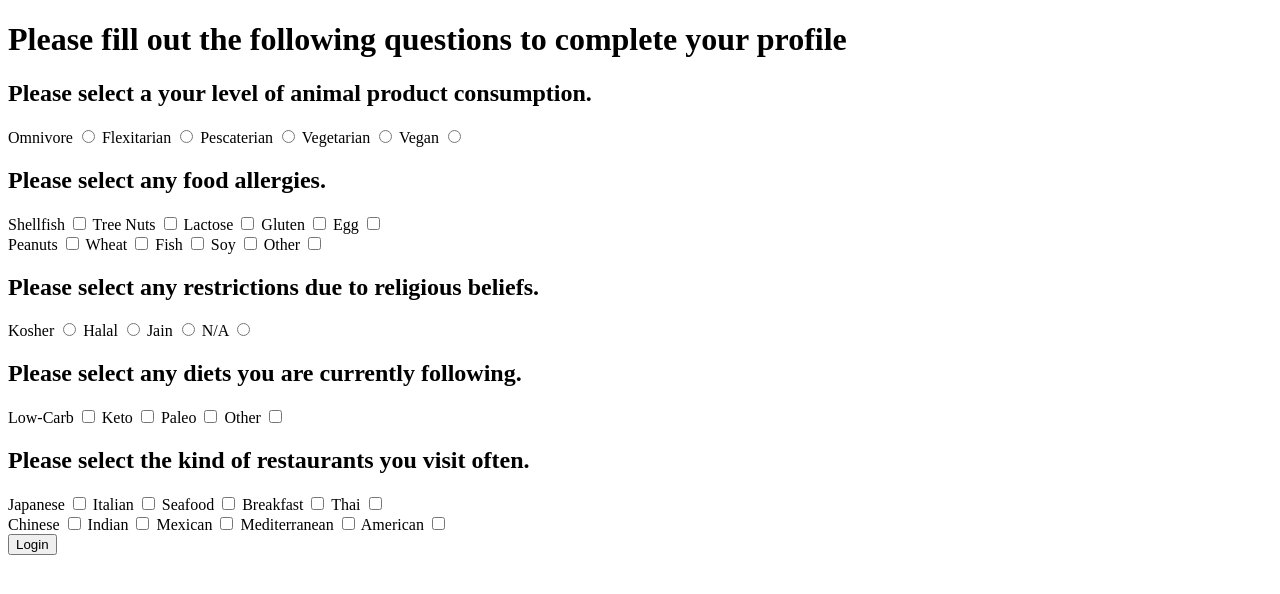
Repository: DataLuminescence/Documents
Page: http://localhost/choix/WEB-INF/userinfo.jsp
The author's editor kept a copy of each file at every save. The page is drawn from the files as they stood at one save, then again after the next save.
The browser window is 1280 px wide. The pictures show the whole page.
The page is served by Tomcat 9. Nobody is signed in. Other server files are loaded and not shown. The template is opened directly, without the code that normally fills it, so the values that code supplies are empty.

Above is the page before, as saved 2022-04-28 05:37:43.

### Java/Java Spring/choix/src/main/webapp/WEB-INF/userinfo.jsp
<%@ page language="java" contentType="text/html; charset=UTF-8" pageEncoding="UTF-8"%>
<%@ taglib prefix="c" uri="http://java.sun.com/jsp/jstl/core"%>
<%@ taglib prefix="fmt" uri="http://www.springframework.org/tags/form"%>
<%@ taglib prefix="form" uri="http://www.springframework.org/tags/form"%>
<%@ page isErrorPage = "true" %>
<!DOCTYPE html>
<html>
<head>
<meta charset="UTF-8">
<title>User Info</title>
</head>
<body>

	<h1>Please fill out the following questions to complete your profile</h1>



	<form:form action="/saveUserInfo" method="post" modelAttribute="infoUser">
   <form:input type="hidden" path="user" value="${loggedInUser.id}"/>
		<h2>Please select a your level of animal product consumption.</h2>
		<div>
			<form:label path="animal">Omnivore</form:label>
			<form:radiobutton path="animal"/>
			<form:label path="animal">Flexitarian</form:label>
			<form:radiobutton path="animal"/>
			<form:label path="animal">Pescaterian</form:label>
			<form:radiobutton path="animal"/>
			<form:label path="animal">Vegetarian</form:label>
			<form:radiobutton path="animal"/>
			<form:label path="animal">Vegan</form:label>
			<form:radiobutton path="animal"/>
		</div>

		<h2>Please select any food allergies.</h2>
		<div>
			<form:label path="allergies">Shellfish</form:label>
			<form:checkbox path="allergies" value="Shellfish"/>

			<form:label path="allergies">Tree Nuts</form:label>
			<form:checkbox path="allergies" value="Tree Nuts"/>

			<form:label path="allergies">Lactose</form:label>
			<form:checkbox path="allergies" value="Lactose"/>

			<form:label path="allergies">Gluten</form:label>
			<form:checkbox path="allergies" value="Gluten"/>

			<form:label path="allergies">Egg</form:label>
			<form:checkbox path="allergies" value="Egg"/>
		</div>
		<div>
			<form:label path="allergies">Peanuts</form:label>
			<form:checkbox path="allergies" value="Peanuts"/>

			<form:label path="allergies">Wheat</form:label>
			<form:checkbox path="allergies" value="Wheat"/>

			<form:label path="allergies">Fish</form:label>
			<form:checkbox path="allergies" value="Fish"/>

			<form:label path="allergies">Soy</form:label>
			<form:checkbox path="allergies" value="Soy"/>

			<form:label path="allergies">Other</form:label>
			<form:checkbox path="allergies" value="Other"/>
		</div>

		<h2>Please select any restrictions due to religious beliefs.</h2>
		<div>
			<form:label path="religious">Kosher</form:label>
			<form:radiobutton path="religious"/>
			<form:label path="religious">Halal</form:label>
			<form:radiobutton path="religious"/>
			<form:label path="religious">Jain</form:label>
			<form:radiobutton path="religious"/>
			<form:label path="religious">N/A</form:label>
			<form:radiobutton path="religious"/>
		</div>

		<h2>Please select any diets you are currently following.</h2>
		<div>
			<form:label path="lifestyle">Low-Carb</form:label>
			<form:checkbox path="lifestyle" value="Low-Carb"/>

			<form:label path="lifestyle">Keto</form:label>
			<form:checkbox path="lifestyle" value="Keto"/>

			<form:label path="lifestyle">Paleo</form:label>
			<form:checkbox path="lifestyle" value="Lactose"/>

			<form:label path="lifestyle">Other</form:label>
			<form:checkbox path="lifestyle" value="Gluten"/>
		</div>

		<h2>Please select the kind of restaurants you visit often. </h2>
		<div>
			<form:label path="cuisine">Japanese</form:label>
			<form:checkbox path="cuisine" value="Japanese"/>

			<form:label path="cuisine">Italian</form:label>
			<form:checkbox path="cuisine" value="Italian"/>

			<form:label path="cuisine">Seafood</form:label>
			<form:checkbox path="cuisine" value="Seafood"/>

			<form:label path="cuisine">Breakfast</form:label>
			<form:checkbox path="cuisine" value="Gluten"/>

			<form:label path="cuisine">Thai</form:label>
			<form:checkbox path="cuisine" value="Thai"/>
		</div>
		<div>
			<form:label path="cuisine">Chinese</form:label>
			<form:checkbox path="cuisine" value="Chinese"/>

			<form:label path="cuisine">Indian</form:label>
			<form:checkbox path="cuisine" value="Indian"/>

			<form:label path="cuisine">Mexican</form:label>
			<form:checkbox path="cuisine" value="Mexican"/>

			<form:label path="cuisine">Mediterranean</form:label>
			<form:checkbox path="cuisine" value="Thai"/>

			<form:label path="cuisine">American</form:label>
			<form:checkbox path="cuisine" value="American"/>
		</div>

		<input type="submit" value="Login" />
	</form:form>
</body>
</html>

After the next save:
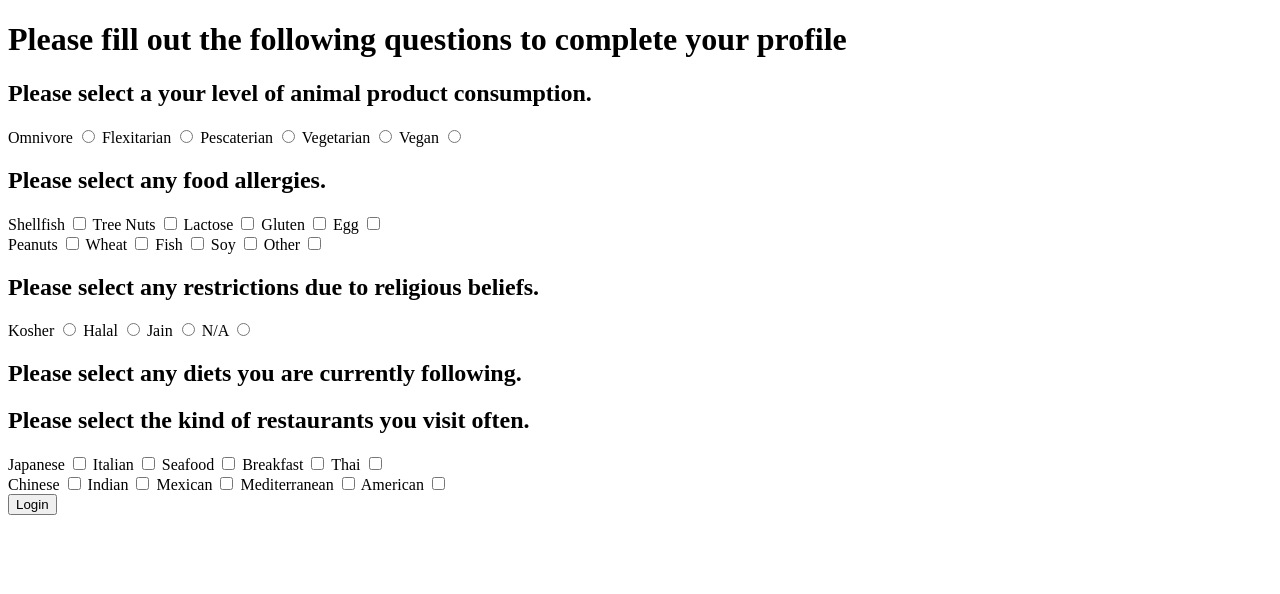
Saved 2 min 8 s later.
--- a/Java/Java Spring/choix/src/main/webapp/WEB-INF/userinfo.jsp
+++ b/Java/Java Spring/choix/src/main/webapp/WEB-INF/userinfo.jsp
@@ -78,7 +78,7 @@
 		</div>
 
 		<h2>Please select any diets you are currently following.</h2>
-		<div>
+<%-- 		<div>
 			<form:label path="lifestyle">Low-Carb</form:label>
 			<form:checkbox path="lifestyle" value="Low-Carb"/>
 
@@ -91,7 +91,7 @@
 			<form:label path="lifestyle">Other</form:label>
 			<form:checkbox path="lifestyle" value="Gluten"/>
 		</div>
-
+		 --%>
 		<h2>Please select the kind of restaurants you visit often. </h2>
 		<div>
 			<form:label path="cuisine">Japanese</form:label>

After the 2 saves that followed:
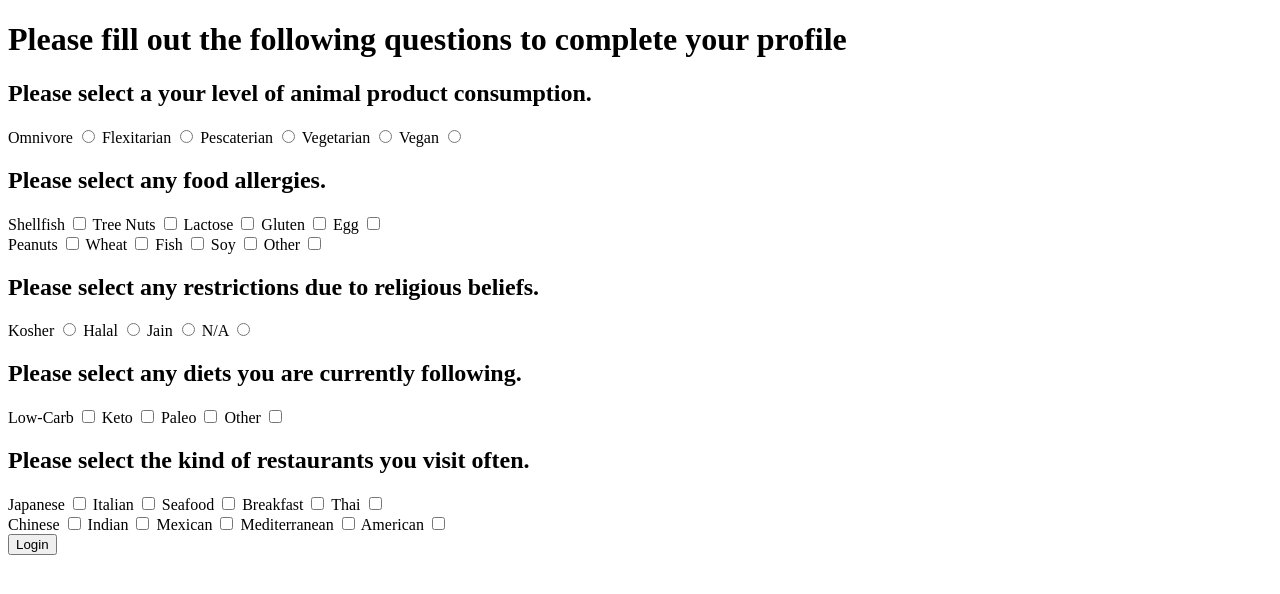
The 2 saves are shown as one change because they came seconds apart.
The last was saved 38 s later.
--- a/Java/Java Spring/choix/src/main/webapp/WEB-INF/userinfo.jsp
+++ b/Java/Java Spring/choix/src/main/webapp/WEB-INF/userinfo.jsp
@@ -78,7 +78,7 @@
 		</div>
 
 		<h2>Please select any diets you are currently following.</h2>
-<%-- 		<div>
+		<div>
 			<form:label path="lifestyle">Low-Carb</form:label>
 			<form:checkbox path="lifestyle" value="Low-Carb"/>
 
@@ -91,7 +91,7 @@
 			<form:label path="lifestyle">Other</form:label>
 			<form:checkbox path="lifestyle" value="Gluten"/>
 		</div>
-		 --%>
+
 		<h2>Please select the kind of restaurants you visit often. </h2>
 		<div>
 			<form:label path="cuisine">Japanese</form:label>
